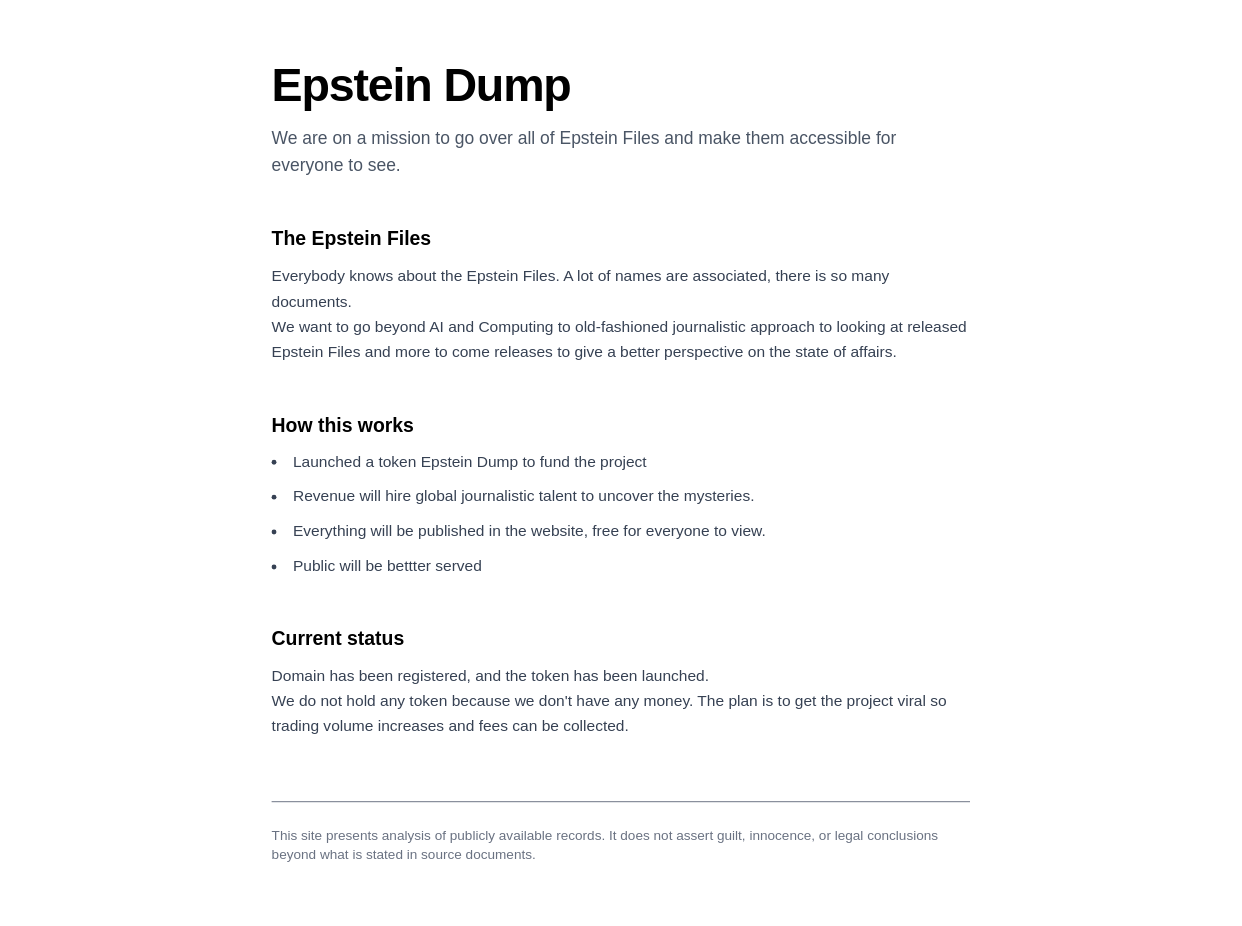
Repository: dayvoid97/epsteindump
Page: /
These files come from the project's save history. The page is drawn as it stood at one moment and after the next save; the edit follows.
The browser window is 1280 px wide. The pictures show the whole page, at 97% of full size.
The project was rebuilt for these pictures with package versions that can differ from the ones it lists, and the page was loaded fresh each time. The framework's server and built-in components were replaced by stand-ins that run in the browser. Also part of the build but not shown: next.config.ts.

Above is the page before, as saved 2026-02-02 01:59:40.

After the next save:
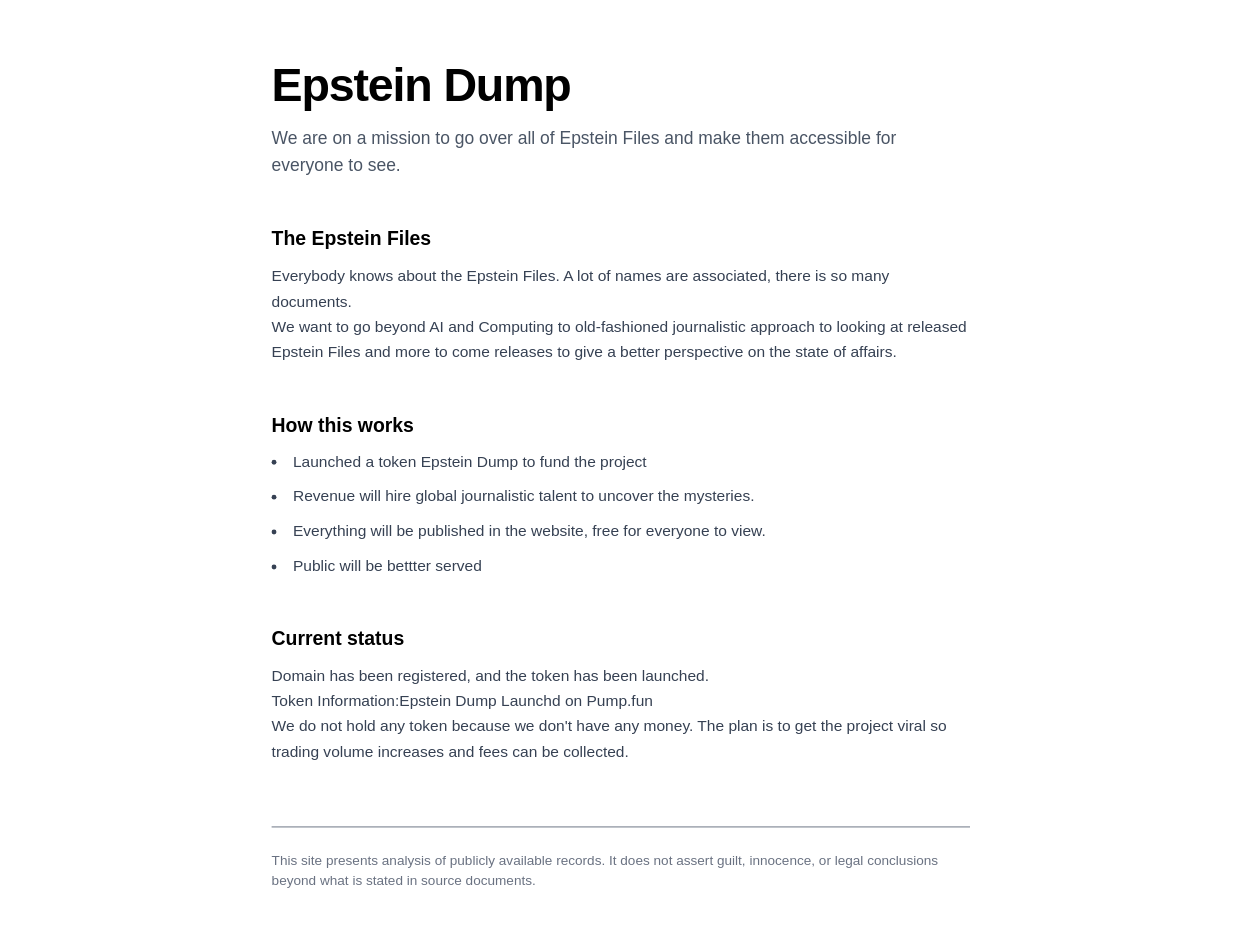
Saved 26 min 42 s later.
--- a/app/page.tsx
+++ b/app/page.tsx
@@ -44,6 +44,12 @@
             Domain has been registered, and the token has been launched.
           </p>
           <p className="text-gray-700 leading-relaxed">
+            Token Information:
+            <a href="https://pump.fun/coin/AjRmSm4ZyLYUZ9ftCfi5yzLexpvPSRJtbccKJ99Dpump">
+              Epstein Dump Launchd on Pump.fun
+            </a>
+          </p>
+          <p className="text-gray-700 leading-relaxed">
             We do not hold any token because we don't have any money. The plan is to get the project
             viral so trading volume increases and fees can be collected.
           </p>
